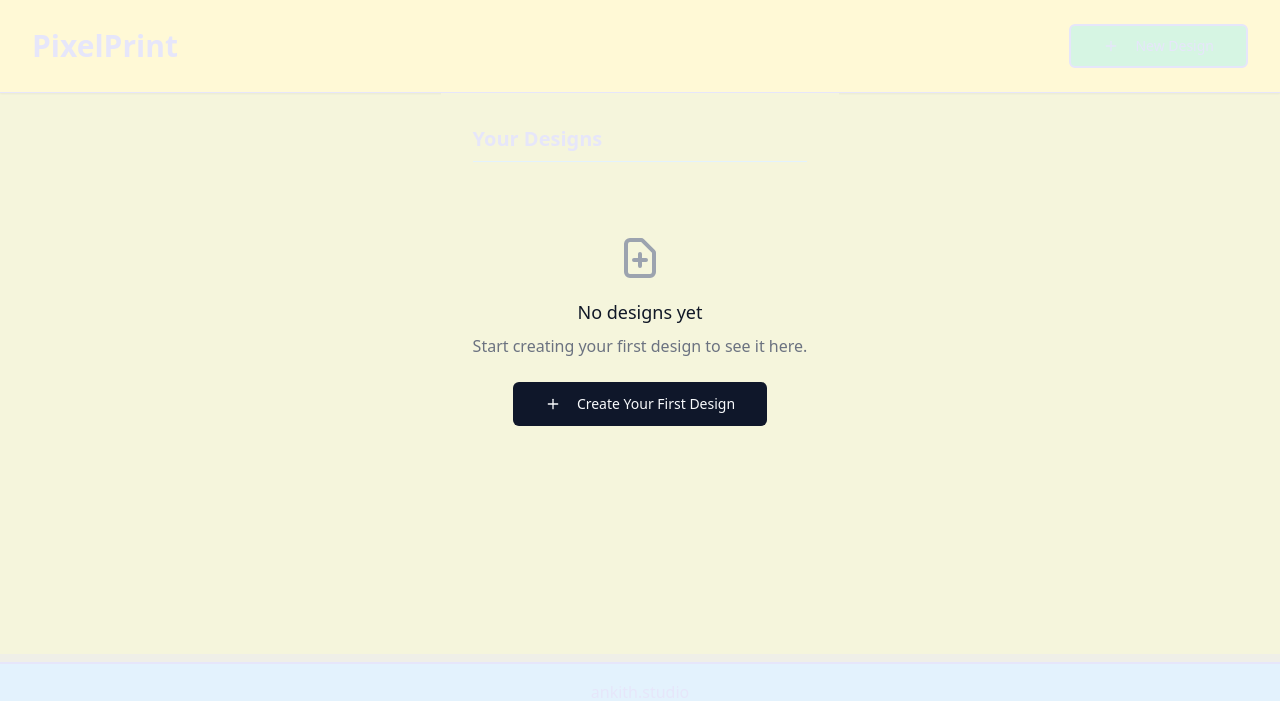
Repository: notankith/pixelprintv3
Page: /
An editor plug-in stored every save of this project. The page is shown before and after the next save, followed by the edit.
The browser window is 1280 px wide. The pictures show the whole page.
The page's requests for data from a server got no answer. The project was rebuilt for these pictures with package versions that can differ from the ones it lists, and the page was loaded fresh each time. No one was signed in, and anything a server would have sent is missing. Also part of the build but not shown: vite.config.ts, src/components/ui/tooltip.tsx, src/components/ui/badge.tsx, src/components/canvas/CanvasEditor.tsx, src/components/ui/input.tsx, src/components/ui/label.tsx, src/components/ui/select.tsx, src/components/ui/checkbox.tsx and 5 more.

Above is the page before, as saved 2025-09-06 14:33:45.

After the next save:
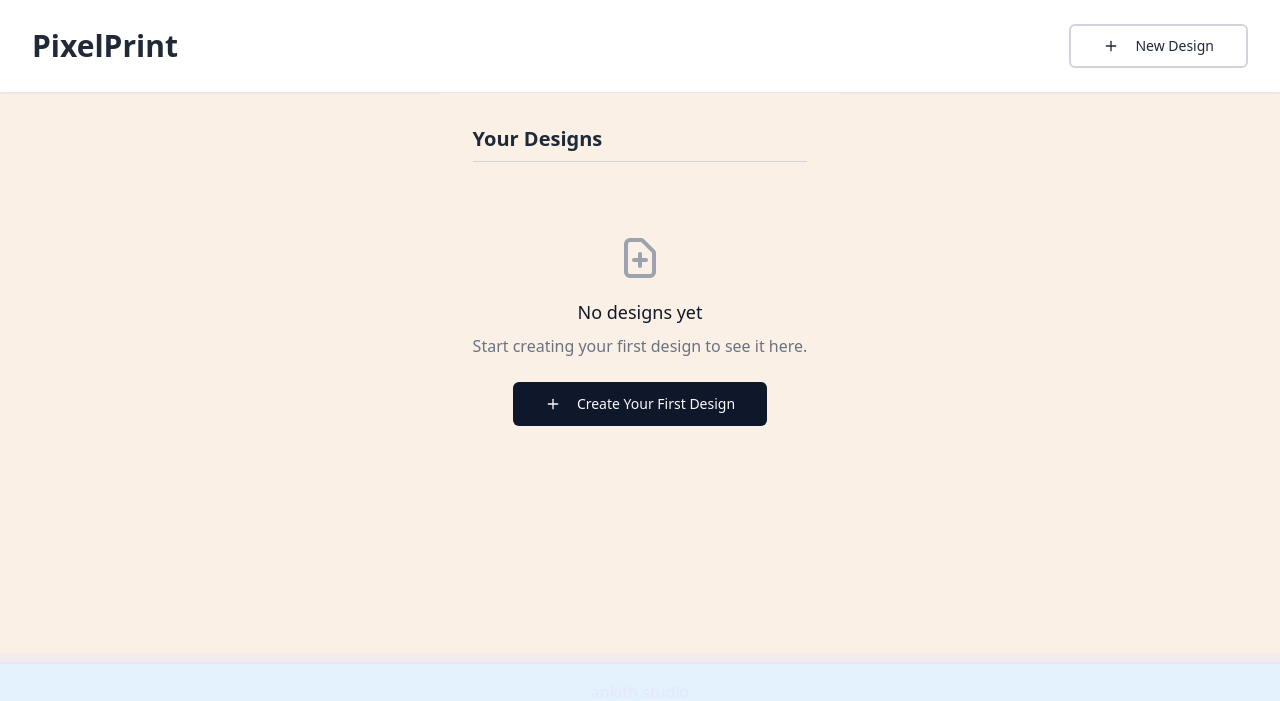
Saved 2 min 17 s later.
--- a/src/components/Dashboard.tsx
+++ b/src/components/Dashboard.tsx
@@ -210,17 +210,17 @@ export const Dashboard: React.FC<DashboardProps> = ({ onNavigateToEditor }) => {
   };
 
   return (
-    <div className="min-h-screen flex flex-col bg-beige">
+    <div className="min-h-screen flex flex-col" style={{ backgroundColor: '#faf0e6' }}>
       {/* Header */}
-      <div className="bg-pastel-yellow shadow-sm border-b border-pastel-purple">
+      <div className="bg-white shadow-sm border-b border-gray-200">
         <div className="max-w-7xl mx-auto px-4 sm:px-6 lg:px-8 py-6">
           <div className="flex flex-col sm:flex-row sm:items-center sm:justify-between">
             <div>
-              <h1 className="text-3xl font-bold text-pastel-purple">PixelPrint</h1>
+              <h1 className="text-3xl font-bold text-gray-800">PixelPrint</h1>
             </div>
             <Button
               onClick={() => onNavigateToEditor()}
-              className="mt-4 sm:mt-0 bg-pastel-green hover:bg-pastel-blue text-pastel-purple border-2 border-pastel-purple"
+              className="mt-4 sm:mt-0 bg-white hover:bg-gray-50 text-gray-800 border-2 border-gray-300"
               size="lg"
             >
               <Plus className="h-4 w-4 mr-2" />
@@ -230,10 +230,10 @@ export const Dashboard: React.FC<DashboardProps> = ({ onNavigateToEditor }) => {
         </div>
       </div>
       {/* Main Content */}
-      <div className="max-w-7xl mx-auto px-4 sm:px-6 lg:px-8 py-8 flex-1 bg-beige">
+      <div className="max-w-7xl mx-auto px-4 sm:px-6 lg:px-8 py-8 flex-1" style={{ backgroundColor: '#faf0e6' }}>
         <div className="mb-6">
-          <h2 className="text-xl font-semibold text-pastel-purple mb-2">Your Designs</h2>
-          <Separator className="bg-pastel-blue" />
+          <h2 className="text-xl font-semibold text-gray-800 mb-2">Your Designs</h2>
+          <Separator className="bg-gray-300" />
         </div>
 
         {isLoading ? (
